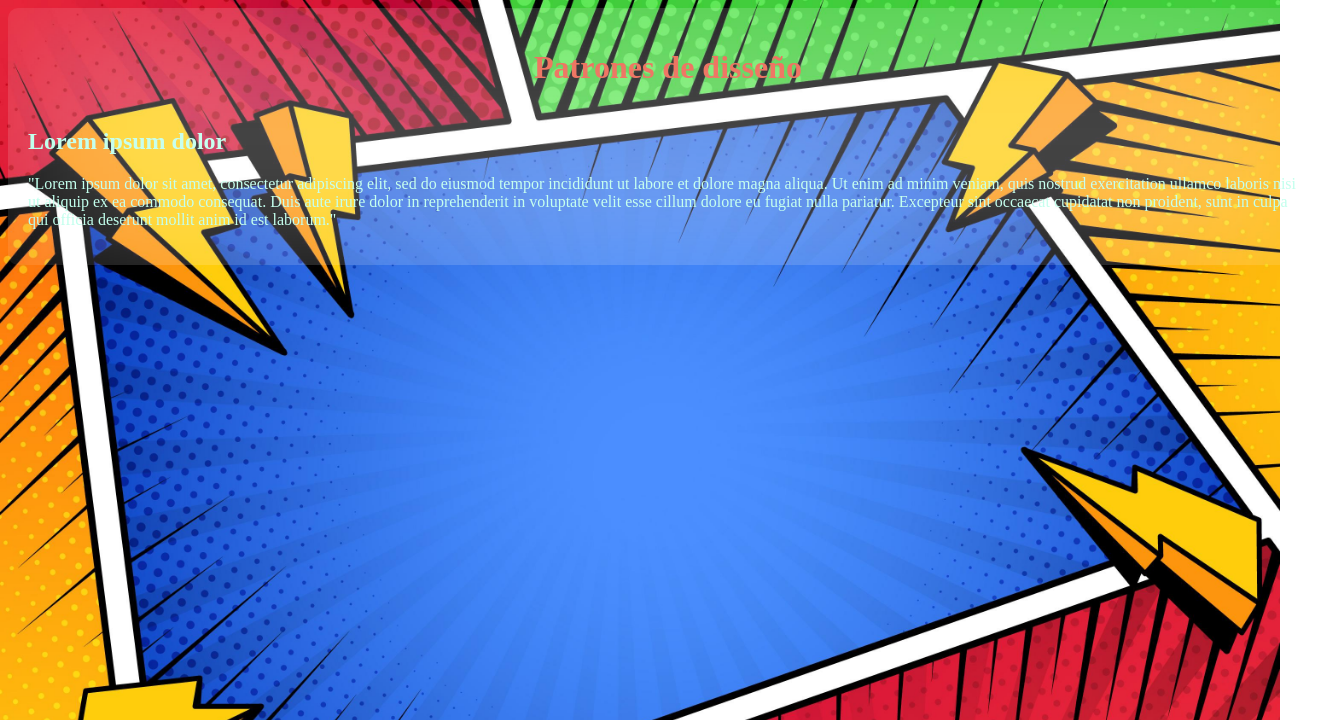
Repository: nrsWebs/design-pattern-es
Page: index.html
The author's editor kept a copy of each file at every save. The page is drawn from the files as they stood at one save, then again after the next save.
The browser window is 1280 px wide. The page is 1328 px wide, so the pictures cover 1328 px, including what lies to the right of the window. The pictures show the whole page.

Above is the page before, as saved 2021-02-06 19:06:20.

After the next save:
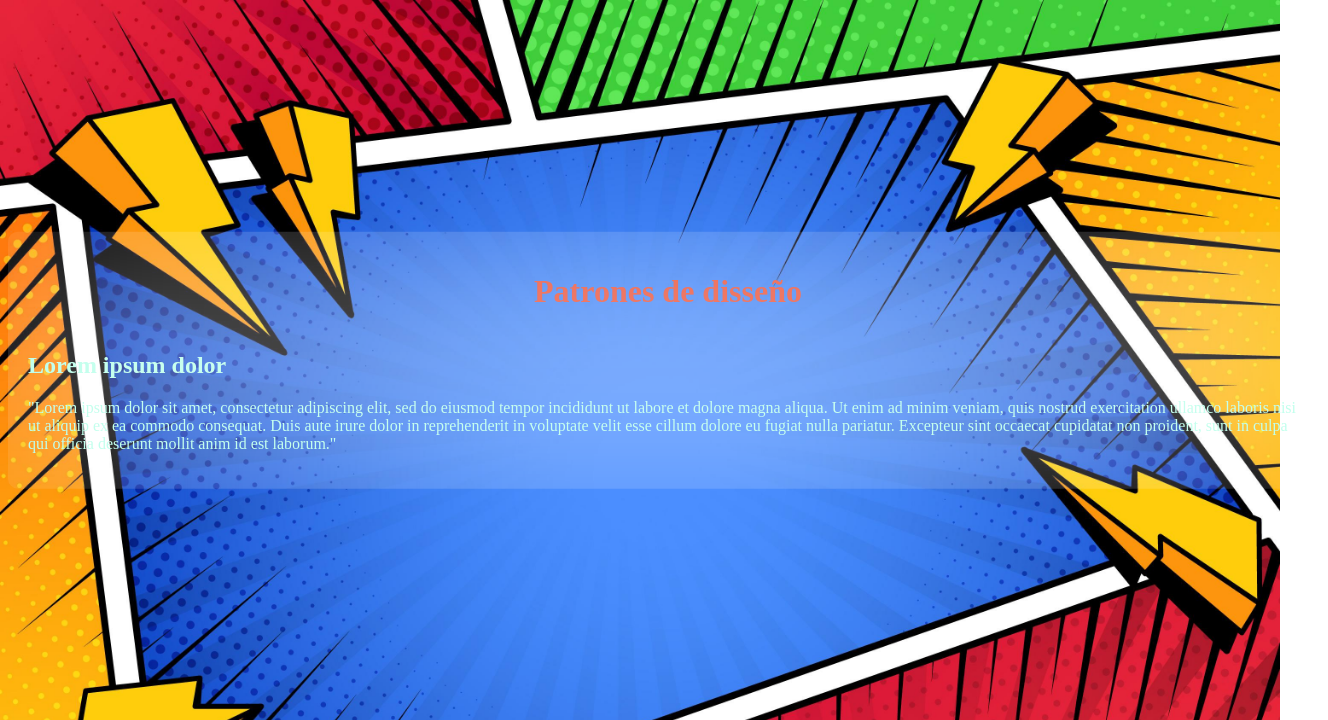
Saved 3 min 34 s later.
--- a/source/main.css
+++ b/source/main.css
@@ -31,7 +31,9 @@ h1{
     justify-content: space-around;
     width: 100%;
     padding: 20px;
-    position: relative;
+    position: absolute;
+    top: 50%;
+    transform: translateY(-50%);
     overflow: hidden;
     border-radius: 10px;
 }
